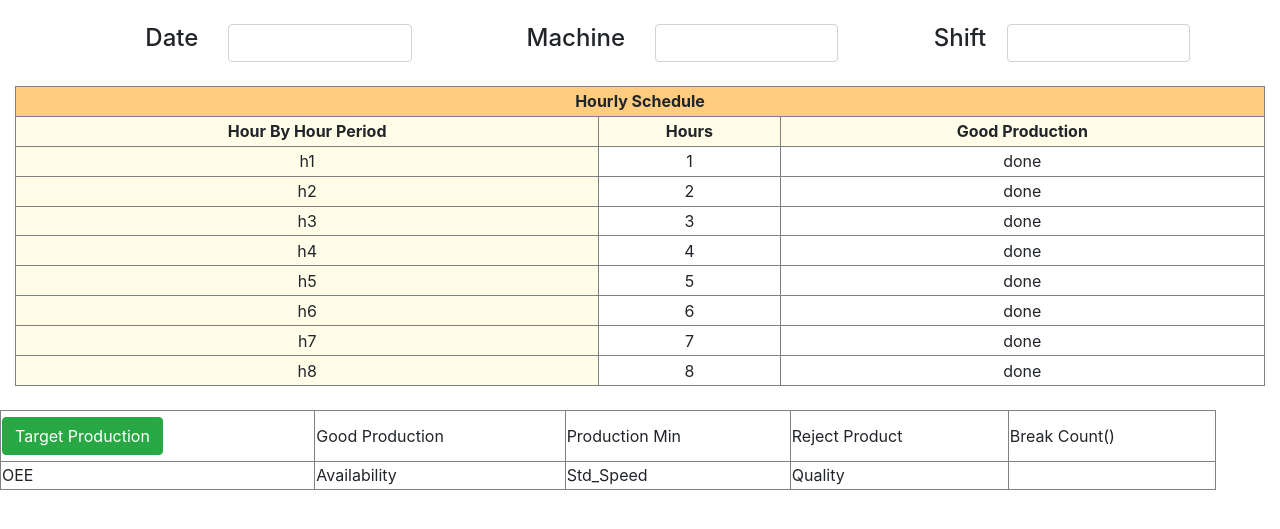
Repository: hisamit97/TVS-Locas
Page: index.html
An editor plug-in stored every save of this project. The page is shown before and after the next save, followed by the edit.
The browser window is 1280 px wide. The pictures show the whole page.

Above is the page before, as saved 2020-12-01 11:49:04.

After the next save:
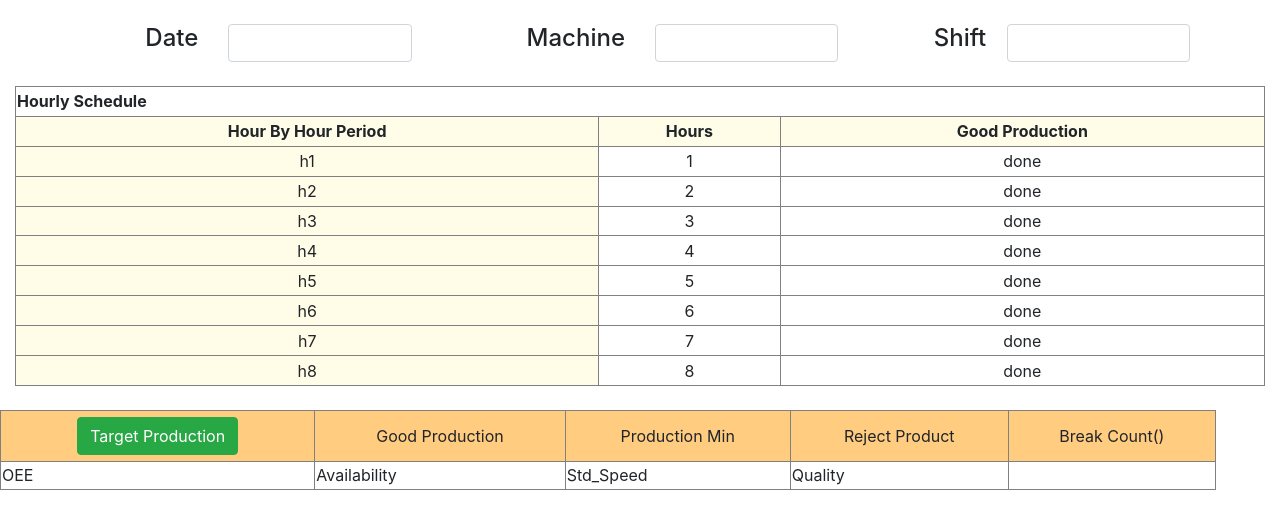
Saved 76 s later.
--- a/index.html
+++ b/index.html
@@ -40,7 +40,7 @@
         <div class="row">
             <div class="col-md-12">
                 <table width="100%" border="1" height="300px">
-                   <tr style="text-align: center;background:#ffcc80;">
+                   <tr  >
                        <th colspan="3">Hourly Schedule</th>
                    </tr>
                    <tr style="text-align: center; background: #fffde7;">
@@ -94,7 +94,7 @@
         <br>
         <div class="row">
             <table width="95%" border=1 height="80px">
-                <tr>
+                <tr style="text-align: center;background:#ffcc80;">
                     <td><button class="btn btn-success">Target Production</button></td>
                     <td>Good Production</td>
                     <td>Production Min</td>
